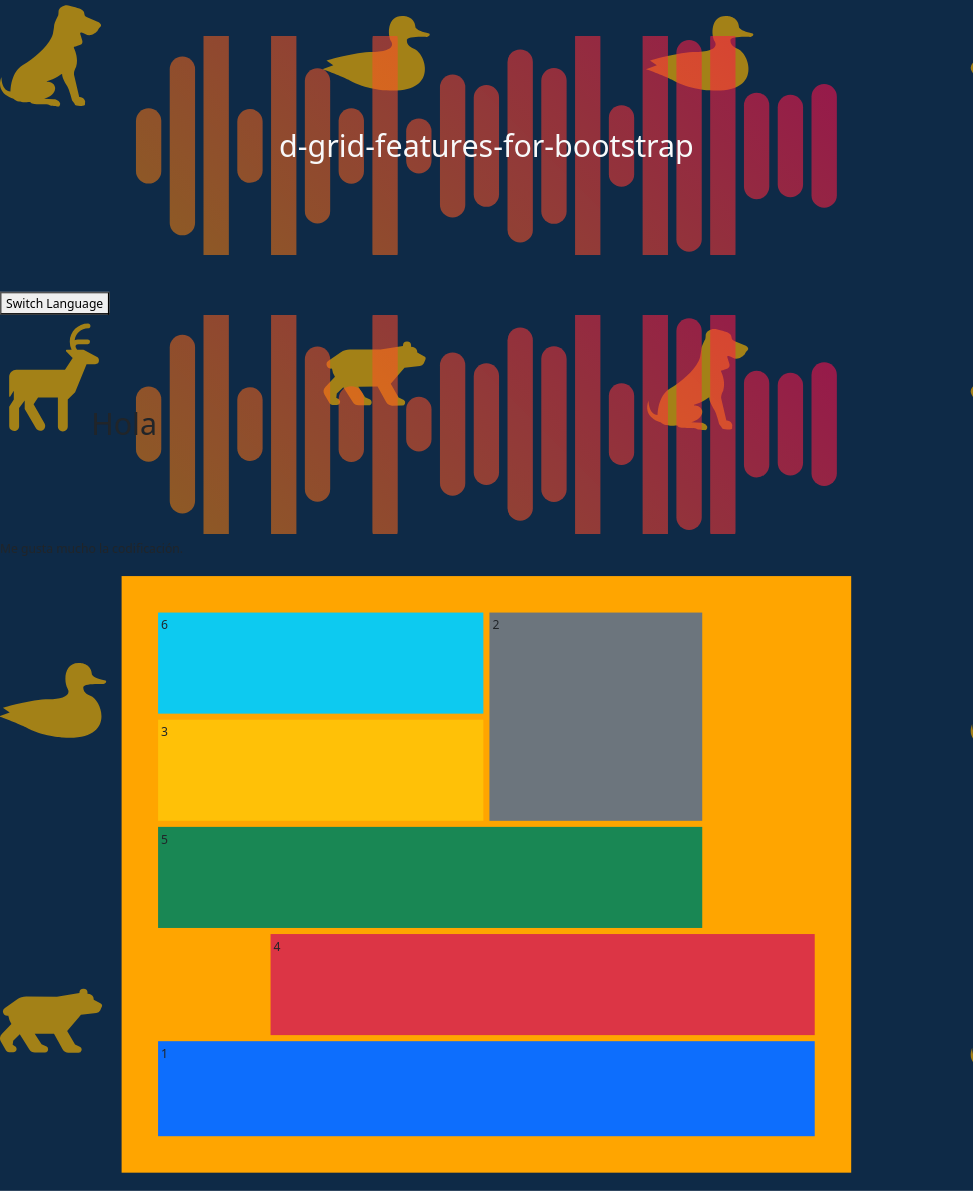
Repository: LynxPardelle/d-grid-features-for-bootstrap
Page: index.html
These files come from the project's save history. The page is drawn as it stood at one moment and after the next save; the edit follows.
The browser window is 1280 px wide. The pictures show the whole page, at 76% of full size.

Above is the page before, as saved 2021-10-20 23:33:01.

After the next save:
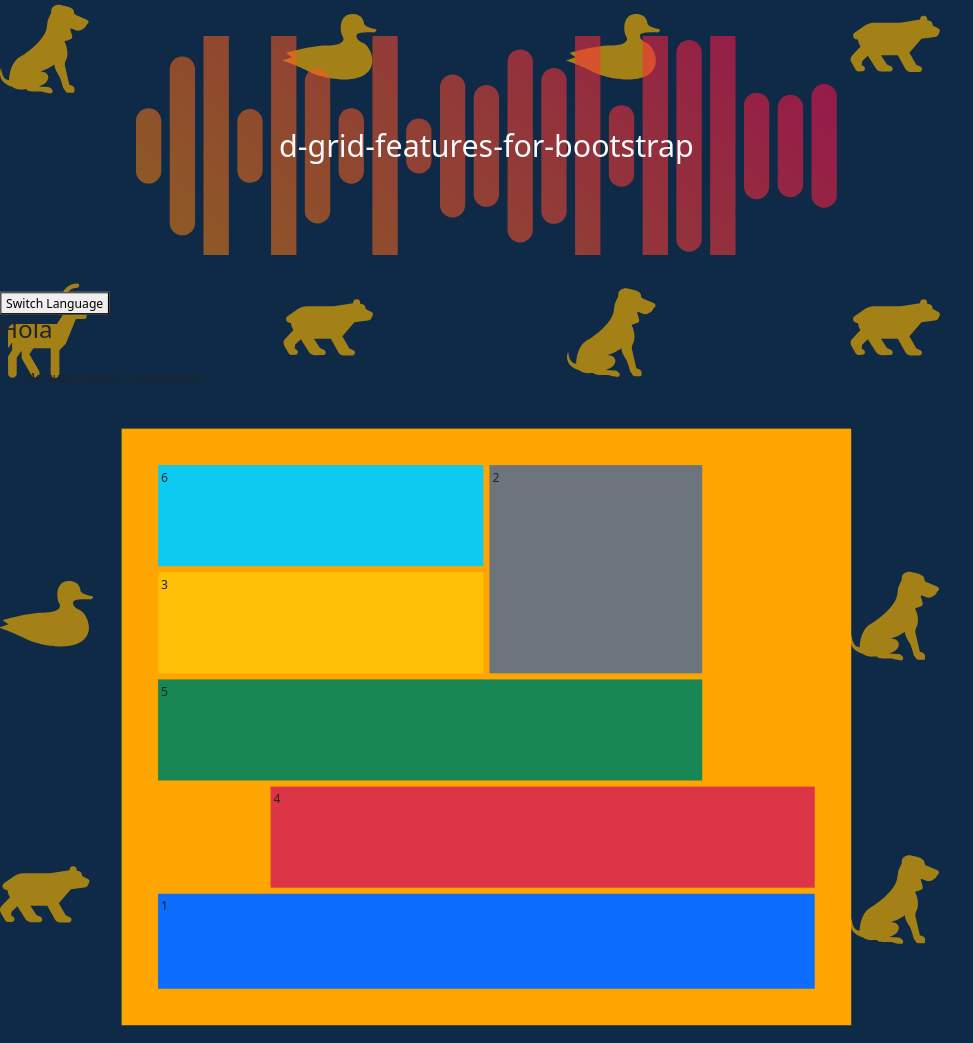
Saved 102 s later.
--- a/index.html
+++ b/index.html
@@ -34,11 +34,12 @@
 
     <button id="switch-lang" onclick="SwitchLang()">Switch Language</button>
 
-    <h1><span data-lang="en">Hello</span> <span data-lang="es">Hola</span></h1>
+    <h2><span data-lang="en">Hello</span> <span data-lang="es">Hola</span></h2>
 
-    <p data-lang="en">I really enjoy coding.</p>
-
-    <p data-lang="es">Me gusta mucho la codificación.</p>
+    <div class="p-3 m-3">
+      <p data-lang="en">I really enjoy coding.</p>
+      <p data-lang="es">Me gusta mucho la codificación.</p>
+    </div>
 
     <!-- <section class="d-grid bg-dark" data-gfbs data-gfbs-gtc="repeat(4, 1fr)" data-gfbs-gtr="repeat(2, 50px)" > -->
     <!-- <section class="d-grid bg-dark" data-gfbs data-gfbs-gta='"f f b c c a"" f f d e e a"'> -->
